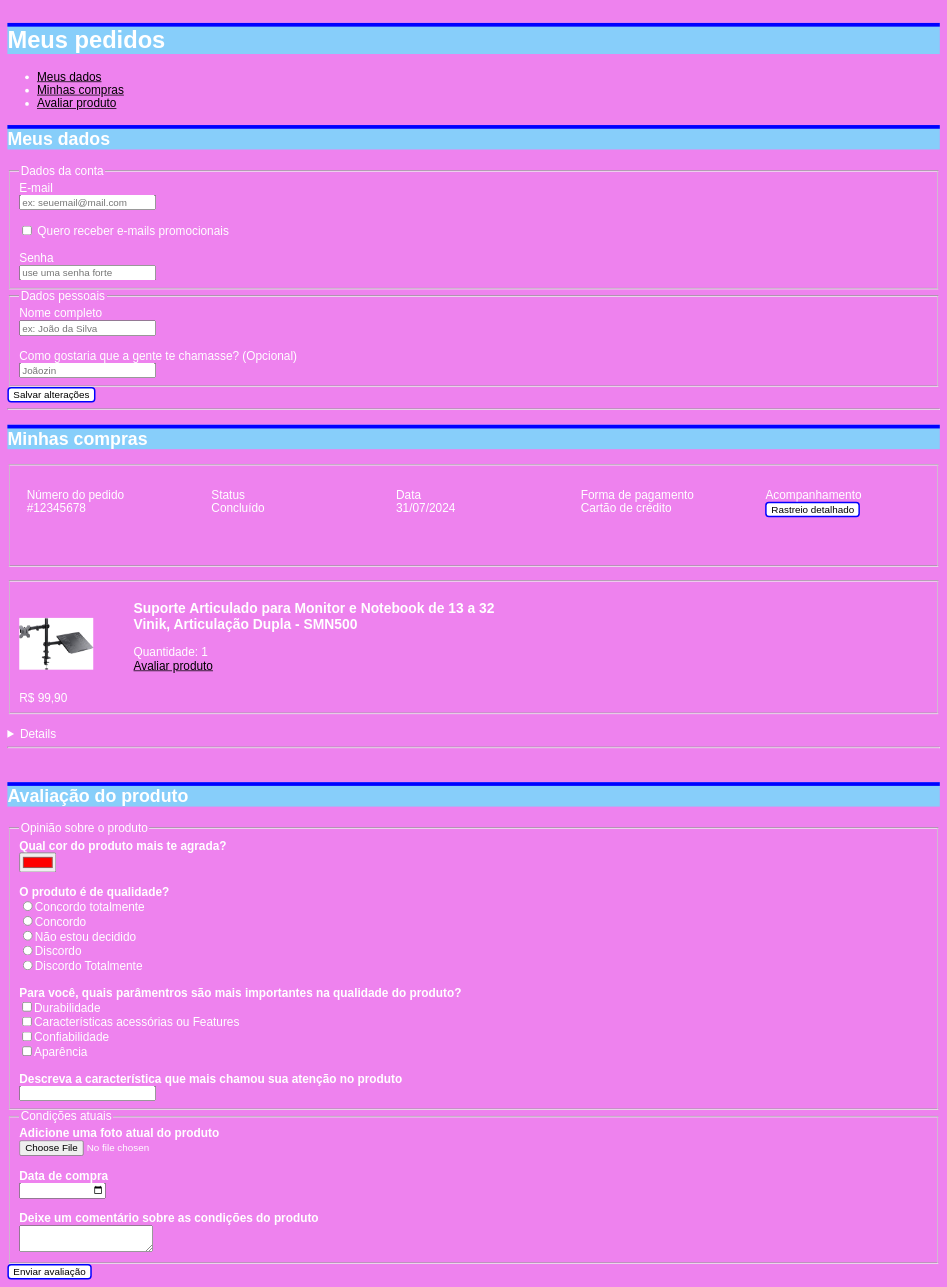
Repository: claudemir-camargo/site-compras
Page: index.html
The author's editor kept a copy of each file at every save. The page is drawn from the files as they stood at one save, then again after the next save.
The browser window is 1280 px wide. The pictures show the whole page, at 74% of full size.

Above is the page before, as saved 2024-03-10 01:16:09.

After the next save:
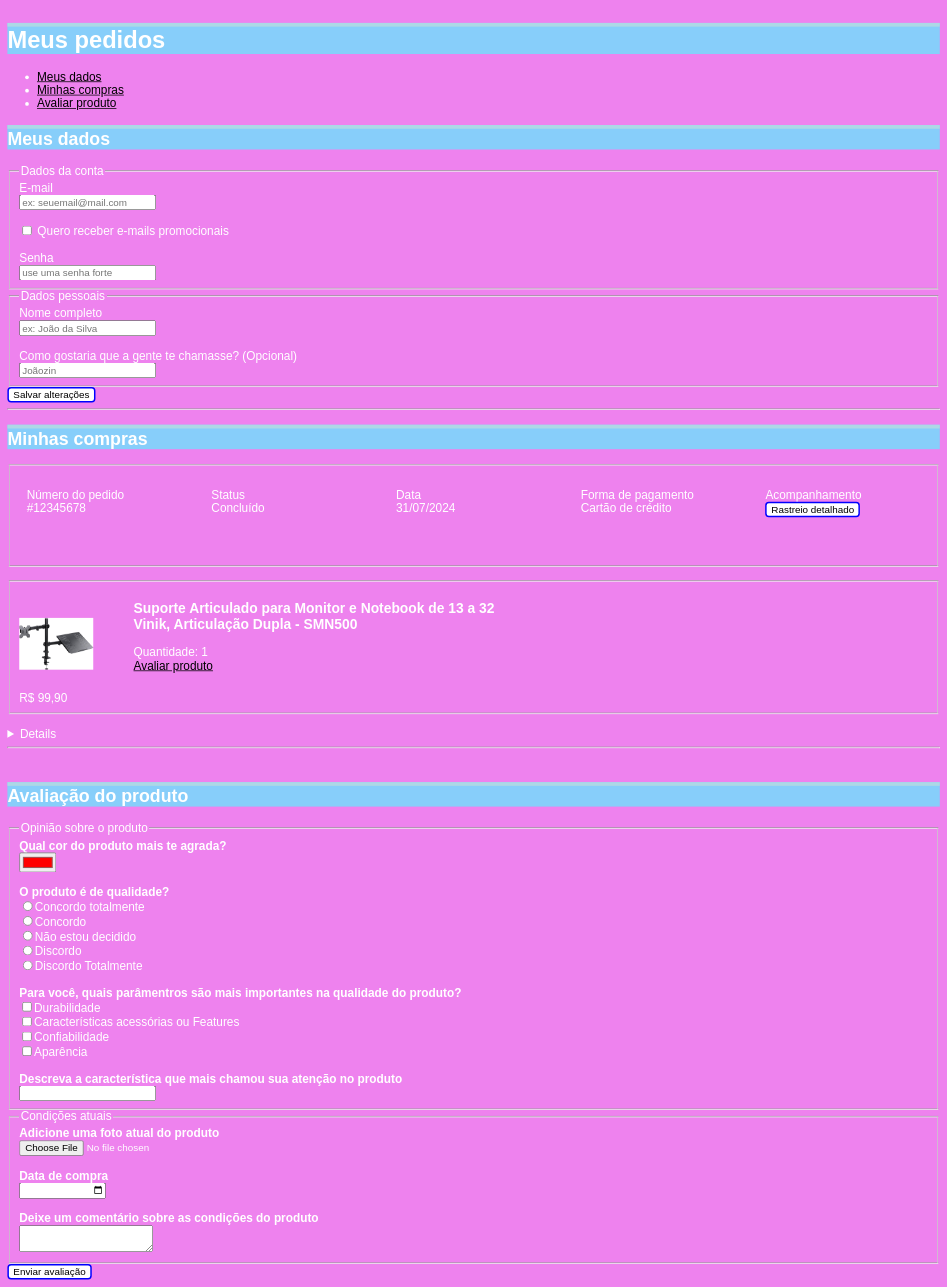
Saved 38 s later.
--- a/css/style.css
+++ b/css/style.css
@@ -9,7 +9,7 @@ a {
 }
 
 h1, h2 {
-    border-top: 5px solid blue;
+    border-top: 5px solid lightblue;
     background-color: lightskyblue;
 }
 
